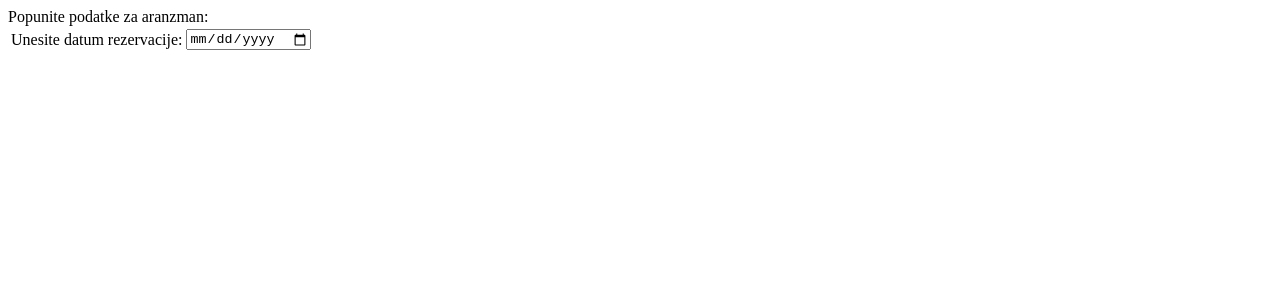
Repository: Shaft01/IS2Agency
Page: http://localhost/AgencijaWeb/unosAranzmana.jsp
An editor plug-in stored every save of this project. The page is shown before and after the next save, followed by the edit.
The browser window is 1280 px wide. The pictures show the whole page.
The page is served by Tomcat 9. Other server files are loaded and not shown.

Above is the page before, as saved 2019-06-17 18:07:16.

### IS2Projekat/AgencijaWeb/src/main/webapp/unosAranzmana.jsp
<%@ page language="java" contentType="text/html; charset=ISO-8859-1"
    pageEncoding="ISO-8859-1"%>
<!DOCTYPE html>
<html>
<head>
<meta charset="ISO-8859-1">
<title>Unos Aranzmana</title>
</head>
<body>
	Popunite podatke za aranzman:
	<form action="Agencija/Agencija/saveAranzman" method="post">
		<table>
			<tr>
			<td>Unesite datum rezervacije:</td>
			<td><input type="date" name="datumRezervacije">
		</table>

	</form>
</body>
</html>

After the next save:
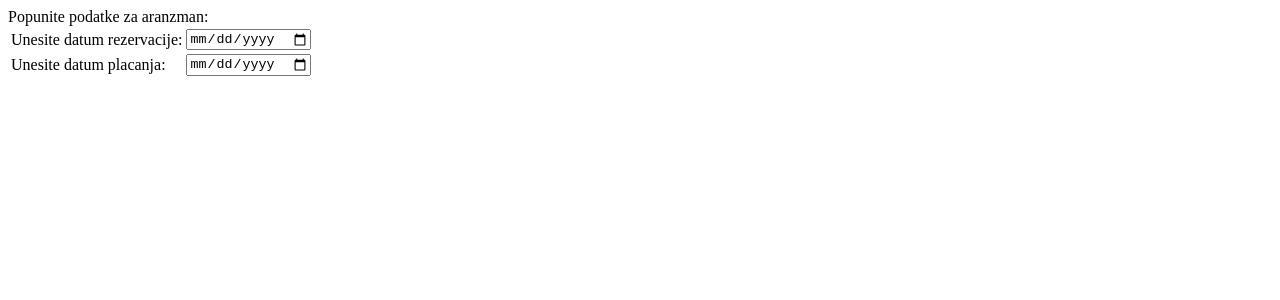
Saved 2 min 37 s later.
--- a/IS2Projekat/AgencijaWeb/src/main/webapp/unosAranzmana.jsp
+++ b/IS2Projekat/AgencijaWeb/src/main/webapp/unosAranzmana.jsp
@@ -12,7 +12,11 @@
 		<table>
 			<tr>
 			<td>Unesite datum rezervacije:</td>
-			<td><input type="date" name="datumRezervacije">
+			<td><input type="date" name="datumRezervacije"></td>
+			</tr>
+			<tr>
+				<td>Unesite datum placanja:</td>
+				<td><input type="date" name="datumPlacanja"></td>
 		</table>
 
 	</form>
